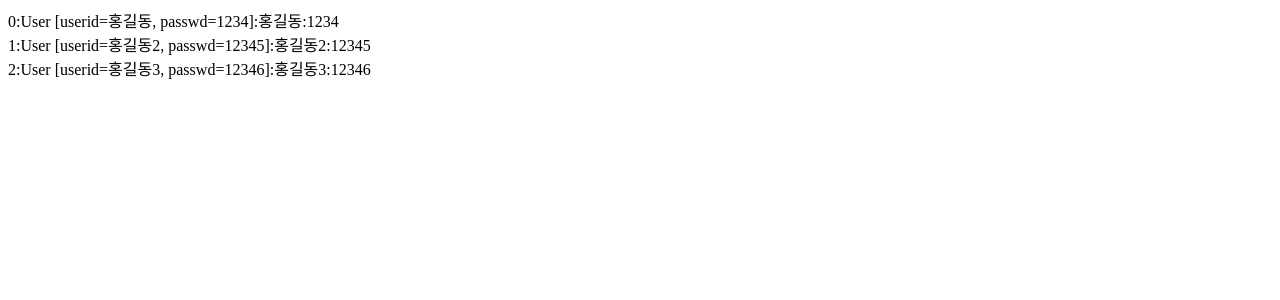
Repository: beom2pm/ds_edu_springFramework
Page: http://localhost/02Day_web4_Model처리1_ModelAndView/list3
An editor plug-in stored every save of this project. The page is shown before and after the next save, followed by the edit.
The browser window is 1280 px wide. The pictures show the whole page.
The page is served by Tomcat 9. Other server files are loaded and not shown.

Above is the page before, as saved 2021-02-03 07:16:54.

### 02Day_web4_Model처리1_ModelAndView/src/main/webapp/WEB-INF/views/list3.jsp
<%@ page language="java" contentType="text/html; charset=UTF-8"
    pageEncoding="UTF-8"%>
<%@ taglib prefix="c" uri="http://java.sun.com/jsp/jstl/core" %>

<!DOCTYPE html>
<html>
<head>
<meta charset="UTF-8">
<title>Insert title here</title>
</head>
<body>
<c:forEach  var ="m" items="${xyz}" varStatus="status">
${status.index}:${m}:${m.userid }:${m.passwd}<br>
</c:forEach>

</body>
</html>

### 02Day_web4_Model처리1_ModelAndView/src/main/java/com/dto/User.java
package com.dto;

public class User {

	String userid;
	String passwd;

	public User() {
	}

	public User(String userid, String passwd) {
		super();
		this.userid = userid;
		this.passwd = passwd;
	}

	public String getUserid() {
		return userid;
	}

	public void setUserid(String userid) {
		this.userid = userid;
	}

	public String getPasswd() {
		return passwd;
	}

	public void setPasswd(String passwd) {
		this.passwd = passwd;
	}

	@Override
	public String toString() {
		return "User [userid=" + userid + ", passwd=" + passwd + "]";
	}



}

After the next save:
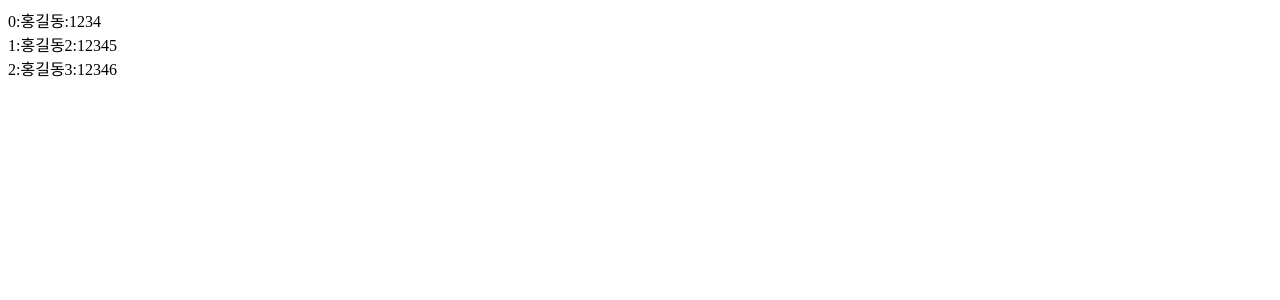
Saved 12 s later.
--- a/02Day_web4_Model처리1_ModelAndView/src/main/webapp/WEB-INF/views/list3.jsp
+++ b/02Day_web4_Model처리1_ModelAndView/src/main/webapp/WEB-INF/views/list3.jsp
@@ -10,7 +10,7 @@
 </head>
 <body>
 <c:forEach  var ="m" items="${xyz}" varStatus="status">
-${status.index}:${m}:${m.userid }:${m.passwd}<br>
+${status.index}:${m.userid }:${m.passwd}<br>
 </c:forEach>
 
 </body>
